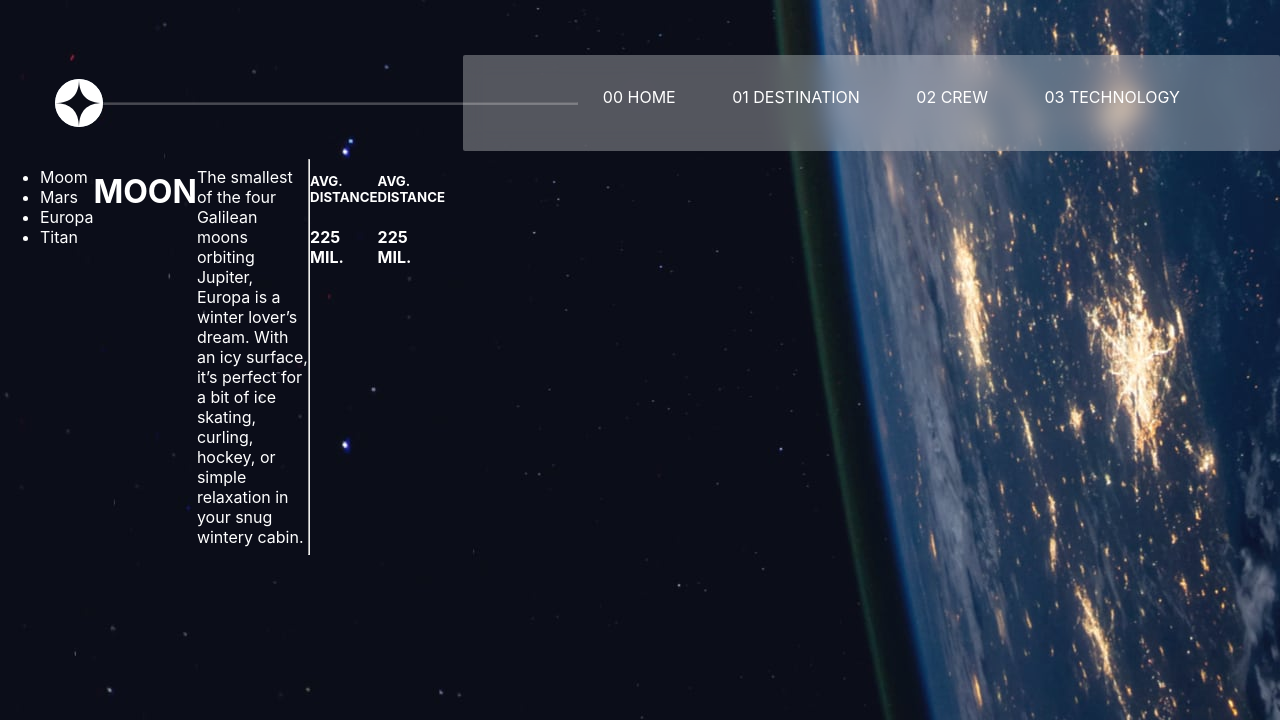
Repository: jhonenmanuel1/FrontEndMentor-MultiPageSpace
Page: /
An editor plug-in stored every save of this project. The page is shown before and after the next save, followed by the edit.
The browser window is 1280 px wide. The pictures show the whole page.
The project was rebuilt for these pictures with package versions that can differ from the ones it lists, and the page was loaded fresh each time. Also part of the build but not shown: src/views/home.js.

Above is the page before, as saved 2022-06-23 22:37:40.

After the next save:
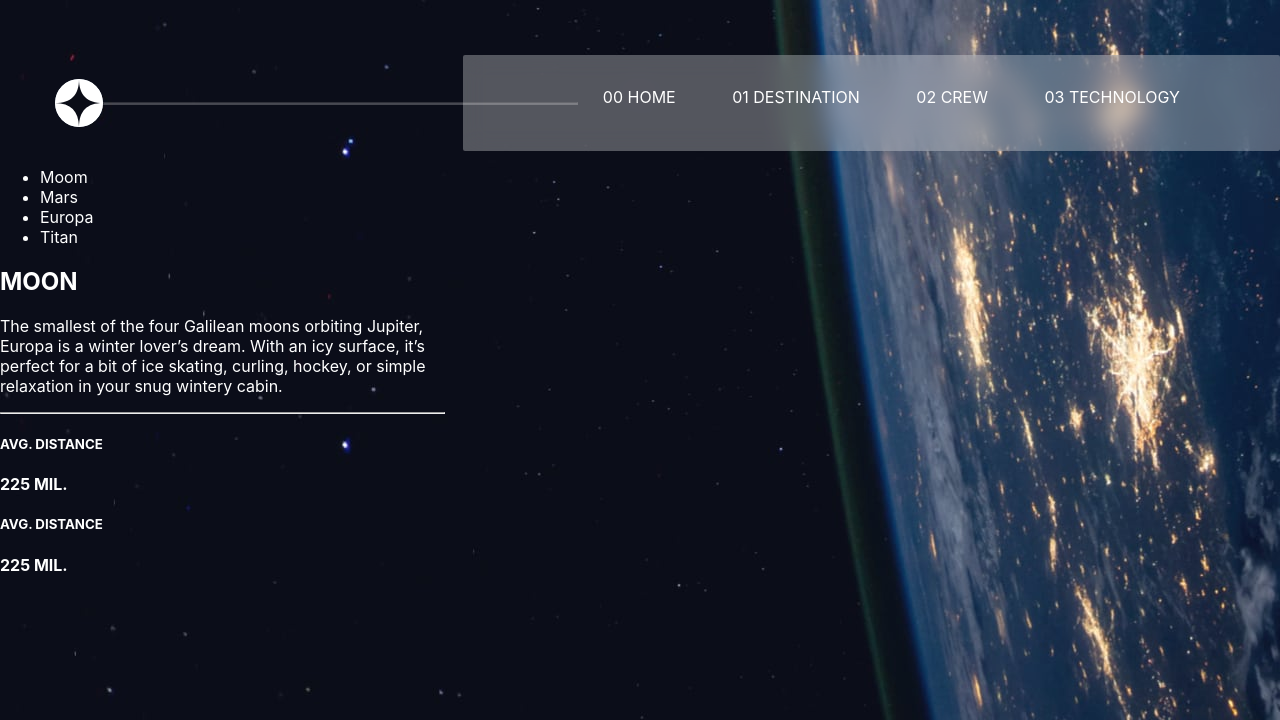
Saved 53 s later.
--- a/src/atoms/PlanetCardInfo.js
+++ b/src/atoms/PlanetCardInfo.js
@@ -1,8 +1,8 @@
 import styles from  '../styles/planetcardinfo.module.css'
 export default function PlanetCardInfo() {
   return (
-    <>
-      <div className={styles.planetCardInfoContainer}>
+    <section  className={styles.planetCardInfoContainer}>
+      <div >
         <div className="planetCardHeader">
           <ul>
             <li>Moom</li>
@@ -36,6 +36,6 @@ export default function PlanetCardInfo() {
           <h4>225 MIL.</h4>
         </div>
       </div>
-    </>
+    </section>
   );
 }
